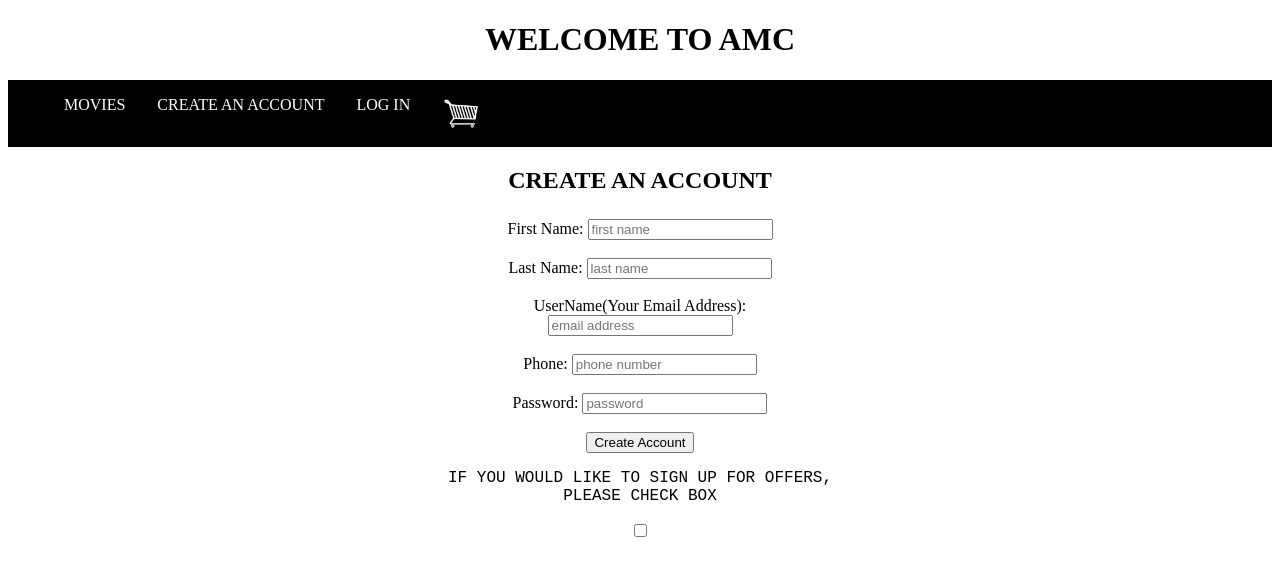
Repository: TagninaShama/CoreJavaJune2020
Page: http://localhost/FinalProject/addAccountForm
An editor plug-in stored every save of this project. The page is shown before and after the next save, followed by the edit.
The browser window is 1280 px wide. The pictures show the whole page.
The page is served by Tomcat 9. Other server files are loaded and not shown.

Above is the page before, as saved 2019-11-24 22:36:20.

### FinalProject/WebContent/CreateAccount.jsp
<!DOCTYPE html>
<html>
<head>
<meta charset="ISO-8859-1">
<link href="style.css" type="text/css" rel="stylesheet">
<title>AMC Theaters: Create An Account</title>
</head>

<body>
<header>
<h1><center>Welcome to AMC </center></h1>
<nav>
<ul>
<li><a href="MovieServlet">Movies</a></li>
<li><a href="addAccountForm">Create an Account</a></li>
<li><a href="LogInForm">Log In </a></li>
<li><a href="cart.jsp" id="cartLogo"><img src="images/cart2.png" alt="" id="cartLogo"/></a></li>
</ul>
</nav>
</header>

<h2><center>Create An Account</center></h2>

<form name=addForm action=AddAccount method=post>
<label>First Name:</label>
<input type="text" name="firstName"  value="" placeholder="first name" required/>
<br><br>
<label>Last Name:</label>
<input type="text" name="lastName" value="" placeholder="last name" required/>
<br><br>
<label>UserName(Your Email Address):</label>
<input type ="text" name="emailAddress" placeholder="email address" required>
<br><br>
<label>Phone:</label>
<input type="text" name="customerPhoneNo"  value="" placeholder="phone number"/>
<br><br>
<label>Password:</label>
<input type = "password" name="password" placeholder="password" required>
<br><br>
<input type="submit" name="submit" value="Create Account"/>
<br>
${errorMessage}
<p>If you would like to sign up for offers, please check box </p>
<input type="checkbox" name="subscribe" value="Subscribe For Emails"/>

</form>




</body>
</html>

### FinalProject/src/controller/AddAccountFormServlet.java
package controller;

import java.io.IOException;

import javax.servlet.RequestDispatcher;
import javax.servlet.ServletException;
import javax.servlet.annotation.WebServlet;
import javax.servlet.http.HttpServlet;
import javax.servlet.http.HttpServletRequest;
import javax.servlet.http.HttpServletResponse;


/**
 * Servlet implementation class AddAccountFormServlet
 */
@WebServlet("/addAccountForm")
public class AddAccountFormServlet extends HttpServlet {
	private static final long serialVersionUID = 1L;

    /**
     * @see HttpServlet#HttpServlet()
     */
    public AddAccountFormServlet() {
        super();
        // TODO Auto-generated constructor stub
    }

	/**
	 * @see HttpServlet#doGet(HttpServletRequest request, HttpServletResponse response)
	 */
    protected void doGet(HttpServletRequest request, HttpServletResponse response) throws ServletException, IOException {
		doPost(request, response);
	}

	/**
	 * @see HttpServlet#doPost(HttpServletRequest request, HttpServletResponse response)
	 */
	protected void doPost(HttpServletRequest request, HttpServletResponse response) throws ServletException, IOException {
		String url = "CreateAccount.jsp";

		RequestDispatcher dispatcher = request.getRequestDispatcher(url);
		dispatcher.forward(request, response);
	}


}

### FinalProject/WebContent/style.css
@charset "ISO-8859-1";

p{
	text-align: center;
	font-size:16px;
	color:black;
	text-transform: uppercase;
	font-family:"Courier new", Verdana, Times;
}

ul {
	list-style-type: none;
	margin: auto;
	padding: auto;
	overflow: hidden;
	background-color: black;

}

li {
	float: left;
}

li a, #username {
	display: block;
	color: white;
	text-align: center;
	padding: 16px 16px;
	text-decoration: none;

}

li a:hover {
	background-color: red;
	margin: auto;
	padding: auto;
	overflow: hidden;
}

form {
	margin-left: auto;
	margin-right: auto;
	text-align: center;
	padding: 5px;
	width: 400px;

}

img, td{
	height: 300px;
	width: 225px;
}


#cartLogo {
	height: 35px;
	width: 40px;
	background-color: black;
	float: right;
	text-align: right;
	margin: auto;
	padding: auto;
	overflow: hidden;

}

h1, h2, ul{
	text-transform: uppercase;
}

After the next save:
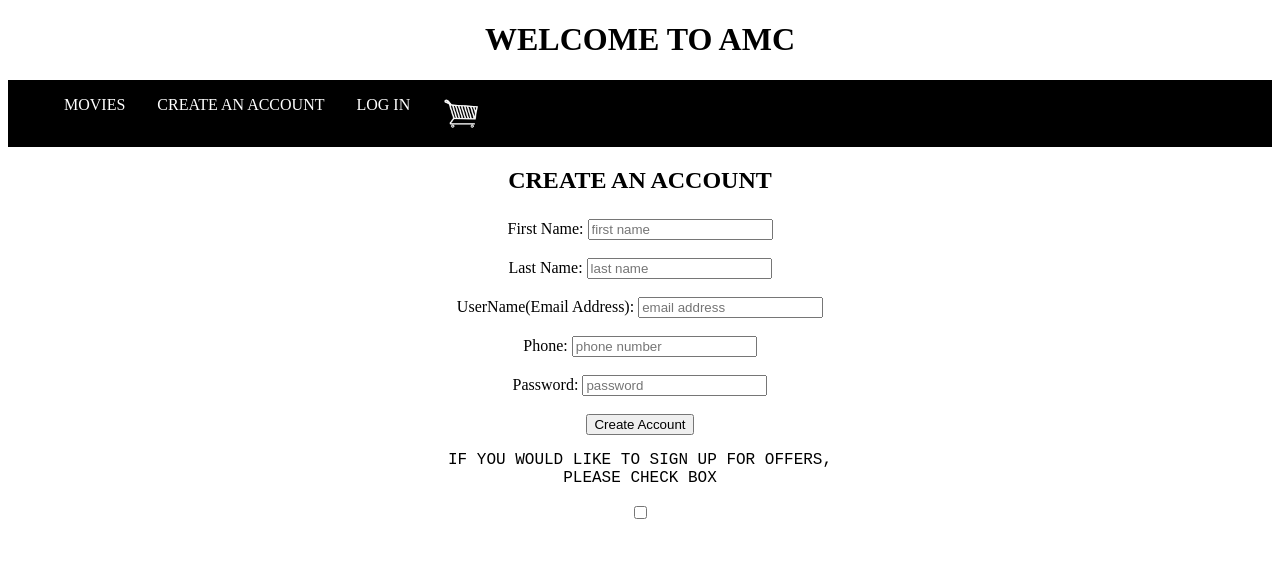
Saved 6 min 50 s later.
--- a/FinalProject/WebContent/CreateAccount.jsp
+++ b/FinalProject/WebContent/CreateAccount.jsp
@@ -28,7 +28,7 @@
 <label>Last Name:</label>
 <input type="text" name="lastName" value="" placeholder="last name" required/>
 <br><br>
-<label>UserName(Your Email Address):</label>
+<label>UserName(Email Address):</label>
 <input type ="text" name="emailAddress" placeholder="email address" required>
 <br><br>
 <label>Phone:</label>
